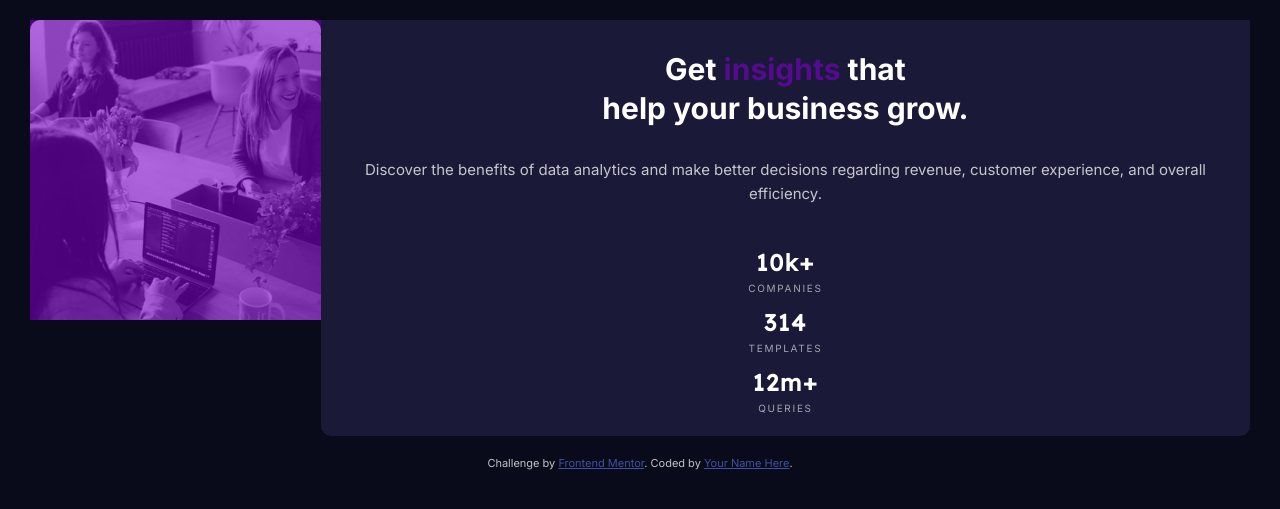
Repository: DejV44/stats-preview-card-component-main
Page: index.html
The author's editor kept a copy of each file at every save. The page is drawn from the files as they stood at one save, then again after the next save.
The browser window is 1280 px wide. The pictures show the whole page.
The style sheet was rebuilt from its Sass, Less or Tailwind sources for each picture, by a compiler version that may differ from the author's.

Above is the page before, as saved 2021-07-09 12:51:57.

After the next save:
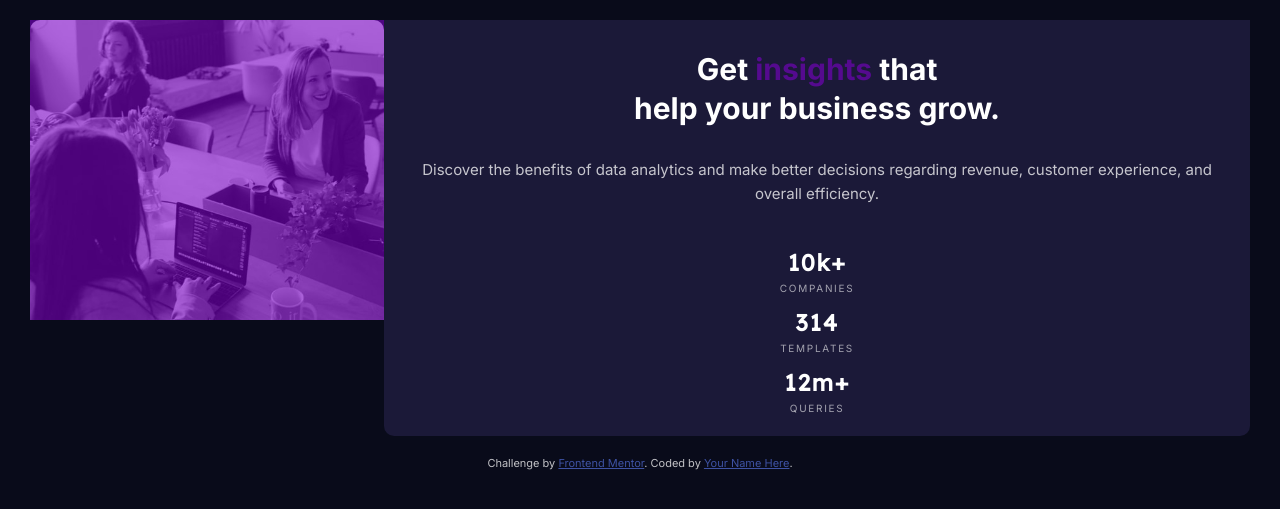
Saved 9 s later.
--- a/css/style.scss
+++ b/css/style.scss
@@ -108,7 +108,7 @@
     .picture {
       flex-grow: 0;
       align-content: flex-end;
-      width: 300px;
+      width: 392px;
       height: 392px;
     }
 

After the save that followed:
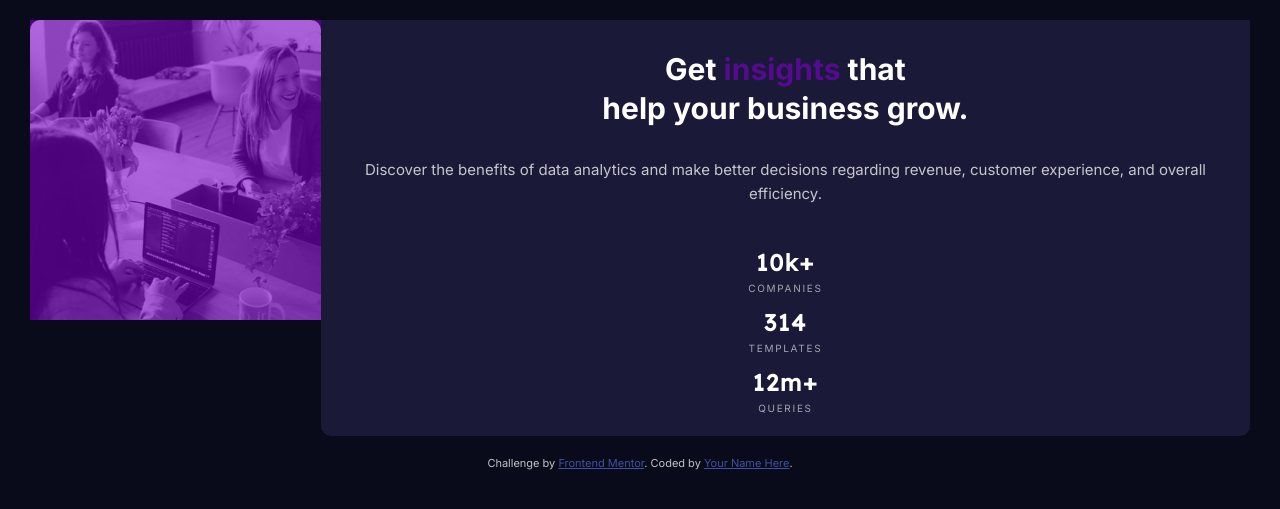
Saved 6 s later.
--- a/css/style.scss
+++ b/css/style.scss
@@ -108,7 +108,7 @@
     .picture {
       flex-grow: 0;
       align-content: flex-end;
-      width: 392px;
+      width: 300px;
       height: 392px;
     }
 
